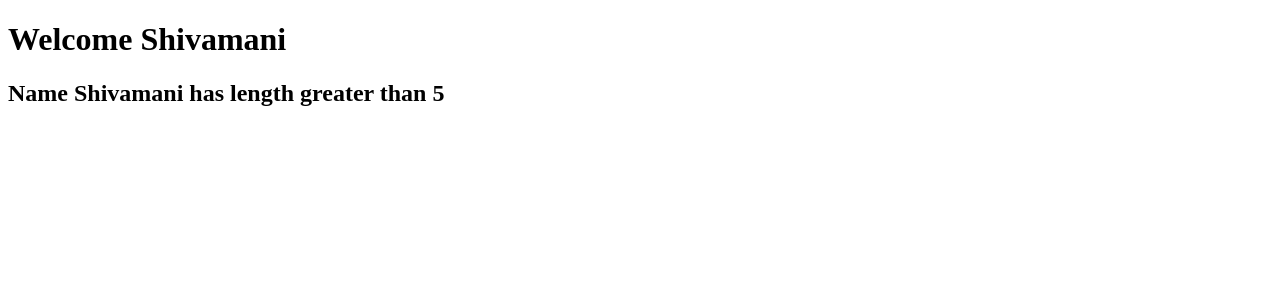
Repository: shivamaninalla/Bank-Application-JSP
Page: http://localhost/04-jstl-tag-demo/jstl_tag_demo.jsp
The author's editor kept a copy of each file at every save. The page is drawn from the files as they stood at one save, then again after the next save.
The browser window is 1280 px wide. The pictures show the whole page.
The page is served by Tomcat 9.

Above is the page before, as saved 2024-07-15 10:01:49.

After the next save:
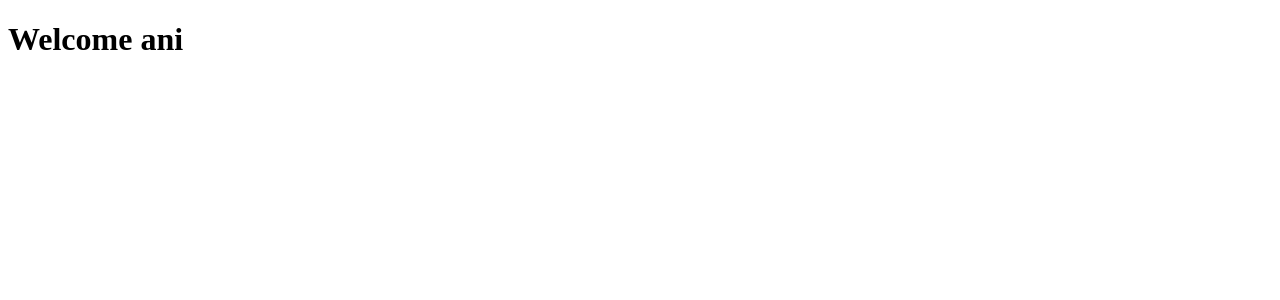
Saved 2 min 0 s later.
--- a/04-jstl-tag-demo/WebContent/jstl_tag_demo.jsp
+++ b/04-jstl-tag-demo/WebContent/jstl_tag_demo.jsp
@@ -9,7 +9,7 @@
 <title>Insert title here</title>
 </head>
 <body>
-<c:set var="name" value="Shivamani">
+<c:set var="name" value="ani">
 
 </c:set>
 
